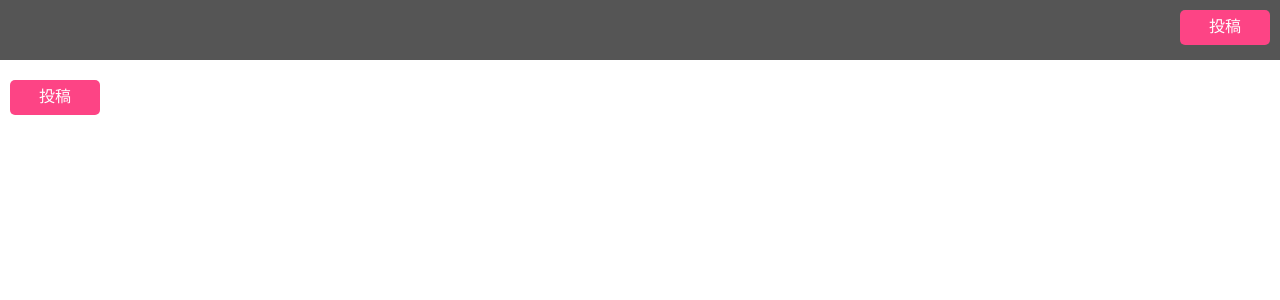
Repository: masaharu0090/yuibon_001
Page: http://localhost/html/index.php
The author's editor kept a copy of each file at every save. The page is drawn from the files as they stood at one save, then again after the next save.
The browser window is 1280 px wide. The pictures show the whole page.
The page is run by PHP 8.4 with error messages shown; the project is at /var/www/html/. Queries for data that is not in the repository find no rows.

Above is the page before, as saved 2023-08-01 16:34:16.

After the next save:
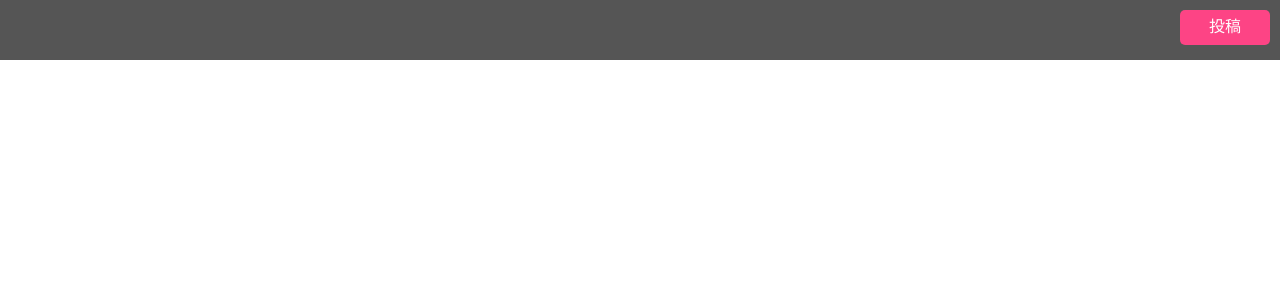
Saved 68 s later.
--- a/ImagePosting_08.04/html/index.php
+++ b/ImagePosting_08.04/html/index.php
@@ -16,8 +16,6 @@
       <a href="./imageDetail.php?id=<?php echo $image['id']; ?>"><img src="../images/<?php echo $image['file_name']; ?>" alt="投稿画像"></a>
     <?php }; ?>
 </div>
-<div>
-    <button class="postImage" onclick="location.href='./postImageForm.php';">投稿</button>
-  </div>
+
 </body>
 </html>
